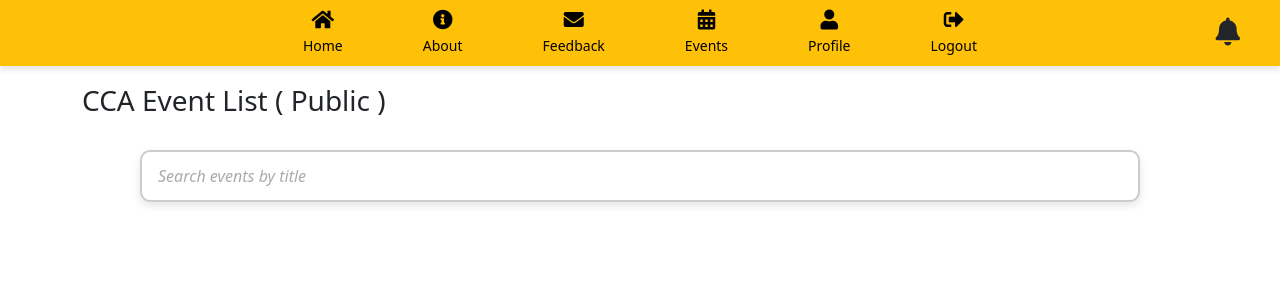
Repository: MayThetNaingBo/fweb-project-deployment
Page: /member/events (app in client/)
These files come from the project's save history. The page is drawn as it stood at one moment and after the next save; the edit follows.
The browser window is 1280 px wide. The pictures show the whole page.
The page's requests for data from a server got no answer. The project was rebuilt for these pictures with package versions that can differ from the ones it lists, and the page was loaded fresh each time. No one was signed in, and anything a server would have sent is missing. Also part of the build but not shown: client/vite.config.js, client/src/components/Home.jsx, client/src/components/NavBar.jsx, client/src/components/Layout.jsx, client/src/components/Auth.jsx, client/src/components/users/Public_Members.jsx, client/src/components/users/Public_Events.jsx, client/src/components/users/Public_About.jsx and 26 more.

Above is the page before, as saved 2025-01-28 01:00:14.

After the next save:
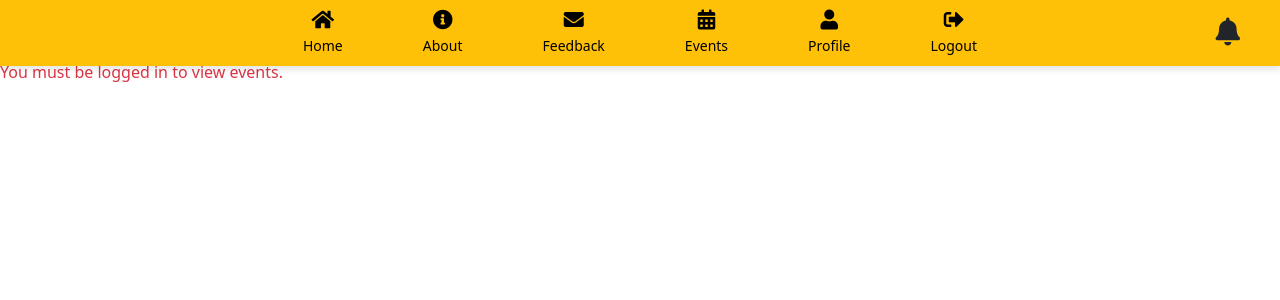
Saved 5 min 18 s later.
--- a/client/src/components/members/MemberEvents.jsx
+++ b/client/src/components/members/MemberEvents.jsx
@@ -1,78 +1,72 @@
 import React, { useEffect, useState } from "react";
-import { useNavigate } from "react-router-dom";
-// import "../../index.css";
 
-export default function EventList() {
+export default function MemberOwnEvents() {
     const [events, setEvents] = useState([]);
-    const [searchTerm, setSearchTerm] = useState("");
+    const [loading, setLoading] = useState(true);
+    const [error, setError] = useState(null);
 
     useEffect(() => {
-        // Fetch event data from API
-        fetch("http://localhost:5050/api/member/events")
-            .then((res) => res.json())
-            .then((data) => setEvents(data))
-            .catch((err) => console.error("Error fetching events:", err));
+        const memberId = localStorage.getItem("userId"); // Fetch member ID from local storage
+
+        if (!memberId) {
+            setError("You must be logged in to view events.");
+            setLoading(false);
+            return;
+        }
+
+        // Fetch events assigned to this member
+        fetch(`http://localhost:5050/api/member/members/${memberId}/events`)
+            .then((response) => response.json())
+            .then((data) => {
+                if (data.error) {
+                    setError(data.error);
+                } else {
+                    setEvents(data);
+                }
+                setLoading(false);
+            })
+            .catch((err) => {
+                console.error("Error fetching events:", err);
+                setError("Failed to load events. Please try again.");
+                setLoading(false);
+            });
     }, []);
 
-    const handleSearch = (e) => {
-        setSearchTerm(e.target.value);
-    };
+    if (loading) {
+        return <p>Loading events...</p>;
+    }
 
-    const filteredEvents = events.filter((event) =>
-        event.title.toLowerCase().includes(searchTerm.toLowerCase())
-    );
-    const navigate = useNavigate();
-
-    const handleCardClick = (id) => {
-        navigate(`/member/event/${id}`); // Navigate to the detailed page
-    };
+    if (error) {
+        return <p className="text-danger">{error}</p>;
+    }
 
     return (
         <div className="container mt-4">
-            <div className="d-flex justify-content-between align-items-center mb-4">
-                <h3>CCA Event List ( Public )</h3>
-            </div>
-
-            <div className="search-bar">
-                <input
-                    type="text"
-                    className="search-input"
-                    placeholder="Search events by title"
-                    value={searchTerm}
-                    onChange={handleSearch}
-                />
-            </div>
-
-            {/* Event List */}
+            <h3 className="header">My Events</h3>
             <div className="event-list">
-                {filteredEvents.map((event) => (
-                    <div
-                        className="event-card"
-                        key={event._id}
-                        style={{ cursor: "pointer" }}
-                        onClick={() => handleCardClick(event._id)}
-                    >
-                        <div>
-                            <div className="event-info">
-                                <h3 className="event-title">{event.title}</h3>
-                            </div>
+                {events.length === 0 ? (
+                    <p>No events assigned to you.</p>
+                ) : (
+                    events.map((event) => (
+                        <div key={event._id} className="event-card">
                             <img
-                                src={event.image}
+                                src={event.image || "/assets/NoImage.jpg"}
+                                alt={event.title}
                                 className="event-image"
-                                alt={event.title}
                                 onError={(e) => (e.target.src = "/assets/NoImage.jpg")}
                             />
                             <div className="event-info">
+                                <h3 className="event-title">{event.title}</h3>
                                 <p className="event-location">
-                                    <b>Location:</b> {event.location}
+                                    <b>Location:</b> {event.location || "Not specified"}
                                 </p>
                                 <p className="event-date">
-                                    <b>Date:</b> {event.date}
+                                    <b>Date:</b> {event.date || "Not specified"}
                                 </p>
                             </div>
                         </div>
-                    </div>
-                ))}
+                    ))
+                )}
             </div>
         </div>
     );

After the save that followed:
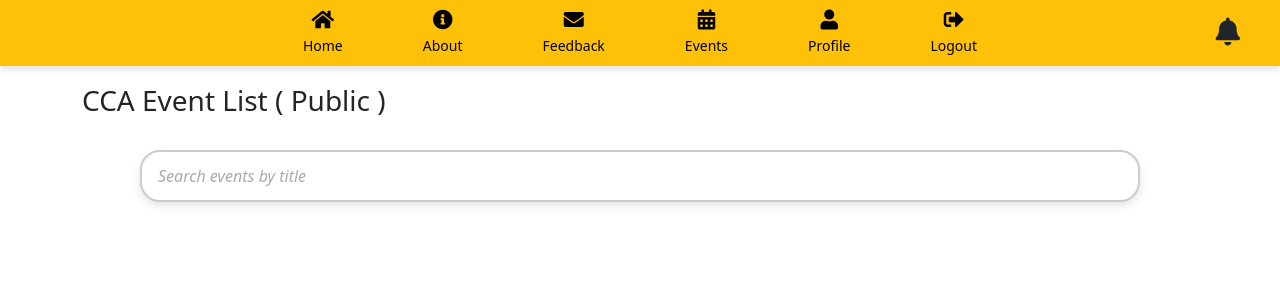
Saved 10 s later.
--- a/client/src/components/members/MemberEvents.jsx
+++ b/client/src/components/members/MemberEvents.jsx
@@ -1,72 +1,78 @@
 import React, { useEffect, useState } from "react";
+import { useNavigate } from "react-router-dom";
+import "../../index.css";
 
-export default function MemberOwnEvents() {
+export default function EventList() {
     const [events, setEvents] = useState([]);
-    const [loading, setLoading] = useState(true);
-    const [error, setError] = useState(null);
+    const [searchTerm, setSearchTerm] = useState("");
 
     useEffect(() => {
-        const memberId = localStorage.getItem("userId"); // Fetch member ID from local storage
-
-        if (!memberId) {
-            setError("You must be logged in to view events.");
-            setLoading(false);
-            return;
-        }
-
-        // Fetch events assigned to this member
-        fetch(`http://localhost:5050/api/member/members/${memberId}/events`)
-            .then((response) => response.json())
-            .then((data) => {
-                if (data.error) {
-                    setError(data.error);
-                } else {
-                    setEvents(data);
-                }
-                setLoading(false);
-            })
-            .catch((err) => {
-                console.error("Error fetching events:", err);
-                setError("Failed to load events. Please try again.");
-                setLoading(false);
-            });
+        // Fetch event data from API
+        fetch("http://localhost:5050/api/member/events")
+            .then((res) => res.json())
+            .then((data) => setEvents(data))
+            .catch((err) => console.error("Error fetching events:", err));
     }, []);
 
-    if (loading) {
-        return <p>Loading events...</p>;
-    }
+    const handleSearch = (e) => {
+        setSearchTerm(e.target.value);
+    };
 
-    if (error) {
-        return <p className="text-danger">{error}</p>;
-    }
+    const filteredEvents = events.filter((event) =>
+        event.title.toLowerCase().includes(searchTerm.toLowerCase())
+    );
+    const navigate = useNavigate();
+
+    const handleCardClick = (id) => {
+        navigate(`/member/event/${id}`); // Navigate to the detailed page
+    };
 
     return (
         <div className="container mt-4">
-            <h3 className="header">My Events</h3>
+            <div className="d-flex justify-content-between align-items-center mb-4">
+                <h3>CCA Event List ( Public )</h3>
+            </div>
+
+            <div className="search-bar">
+                <input
+                    type="text"
+                    className="search-input"
+                    placeholder="Search events by title"
+                    value={searchTerm}
+                    onChange={handleSearch}
+                />
+            </div>
+
+            {/* Event List */}
             <div className="event-list">
-                {events.length === 0 ? (
-                    <p>No events assigned to you.</p>
-                ) : (
-                    events.map((event) => (
-                        <div key={event._id} className="event-card">
+                {filteredEvents.map((event) => (
+                    <div
+                        className="event-card"
+                        key={event._id}
+                        style={{ cursor: "pointer" }}
+                        onClick={() => handleCardClick(event._id)}
+                    >
+                        <div>
+                            <div className="event-info">
+                                <h3 className="event-title">{event.title}</h3>
+                            </div>
                             <img
-                                src={event.image || "/assets/NoImage.jpg"}
+                                src={event.image}
+                                className="event-image"
                                 alt={event.title}
-                                className="event-image"
                                 onError={(e) => (e.target.src = "/assets/NoImage.jpg")}
                             />
                             <div className="event-info">
-                                <h3 className="event-title">{event.title}</h3>
                                 <p className="event-location">
-                                    <b>Location:</b> {event.location || "Not specified"}
+                                    <b>Location:</b> {event.location}
                                 </p>
                                 <p className="event-date">
-                                    <b>Date:</b> {event.date || "Not specified"}
+                                    <b>Date:</b> {event.date}
                                 </p>
                             </div>
                         </div>
-                    ))
-                )}
+                    </div>
+                ))}
             </div>
         </div>
     );
